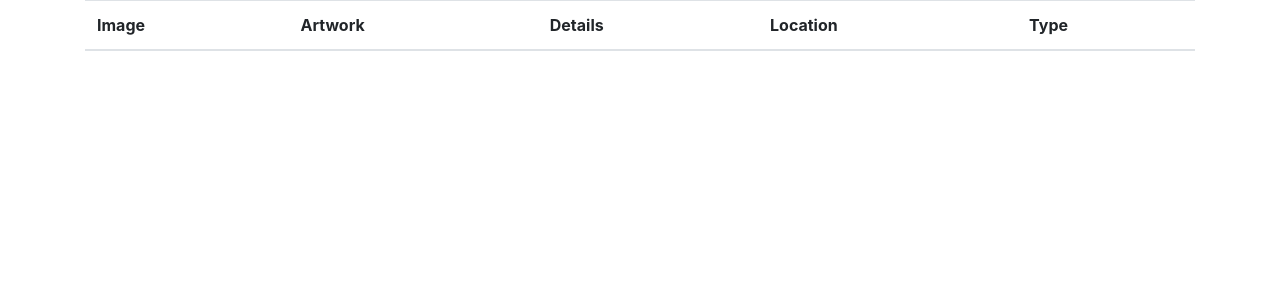
Repository: lynette-lyf/artwork-inventory
Page: http://localhost/
The author's editor kept a record of every edit. The page is drawn from the files as they stood at one moment, then again after the next edit.
The browser window is 1280 px wide. The pictures show the whole page.
The page is served by the project's application, run on Flask 3 (app.py). Queries for data that is not in the repository find no rows.

Above is the page before.

### templates/index.template.html
<!doctype html>
<html lang="en">
  <head>
    <!-- Required meta tags -->
    <meta charset="utf-8">
    <meta name="viewport" content="width=device-width, initial-scale=1, shrink-to-fit=no">

    <!-- Bootstrap CSS -->
    <link rel="stylesheet" href="https://stackpath.bootstrapcdn.com/bootstrap/4.3.1/css/bootstrap.min.css" integrity="sha384-ggOyR0iXCbMQv3Xipma34MD+dH/1fQ784/j6cY/iJTQUOhcWr7x9JvoRxT2MZw1T" crossorigin="anonymous">

    <title>Hello, world!</title>
  </head>
  <body>
    <div class='container'>
        <table class='table'>
            <thead>
                <tr>
                    <th>
                        Image
                    </th>
                    <th>
                        Artwork
                    </th>
                    <th>
                        Details
                    </th>
                    <th>
                        Location
                    </th>
                    <th>
                        Type
                    </th>
                </tr>
            </thead>
            {%for each_result in results%}
            <tr>
                <td>
                    Add img later
                </td>
                <td>
                    {{ each_result['title'] }} <br>
                    {{ each_result['artist'] }} <br>
                    {{ each_result['description'] }}
                </td>
                <td>
                    {{ each_result['year'] }} <br>
                    {{ each_result['dimensions'] }} <br>
                    {{ each_result['medium'] }} <br>
                    {{ each_result['type'] }}
                </td>
                <td>
                    {{ each_result['type'] }}
                </td>
            </tr>
             {%endfor%}
        </table>
    </div>

    <!-- Optional JavaScript -->
    <!-- jQuery first, then Popper.js, then Bootstrap JS -->
    <script src="https://code.jquery.com/jquery-3.3.1.slim.min.js" integrity="sha384-q8i/X+965DzO0rT7abK41JStQIAqVgRVzpbzo5smXKp4YfRvH+8abtTE1Pi6jizo" crossorigin="anonymous"></script>
    <script src="https://cdnjs.cloudflare.com/ajax/libs/popper.js/1.14.7/umd/popper.min.js" integrity="sha384-UO2eT0CpHqdSJQ6hJty5KVphtPhzWj9WO1clHTMGa3JDZwrnQq4sF86dIHNDz0W1" crossorigin="anonymous"></script>
    <script src="https://stackpath.bootstrapcdn.com/bootstrap/4.3.1/js/bootstrap.min.js" integrity="sha384-JjSmVgyd0p3pXB1rRibZUAYoIIy6OrQ6VrjIEaFf/nJGzIxFDsf4x0xIM+B07jRM" crossorigin="anonymous"></script>
  </body>
</html>

### app.py
from flask import Flask, render_template, request, redirect, url_for
import os

import pymongo

# 1. Retrieve the environment variables
# MONGO_URI = os.getenv('MONGO_URI')
# DATABASE_NAME = 'artworksAndConsigners'

MONGO_URI = "mongodb+srv://admin:pw@gallery-cwjwv.mongodb.net/test?retryWrites=true&w=majority"
DATABASE_NAME = "artworksAndConsigners"
conn = pymongo.MongoClient(MONGO_URI)

# 2. Create the connection
def get_connection():
    conn = pymongo.MongoClient(MONGO_URI)
    return conn

app = Flask(__name__)

@app.route('/')
def index():
    artworksAndConsigners = conn[DATABASE_NAME]['artworksAndConsigners'].find()
    return render_template('index.template.html', results=artworksAndConsigners)






# "magic code" -- boilerplate
if __name__ == '__main__':
    app.run(host=os.environ.get('IP'),
    port=int(os.environ.get('PORT')),
    debug=True)

After the next edit:
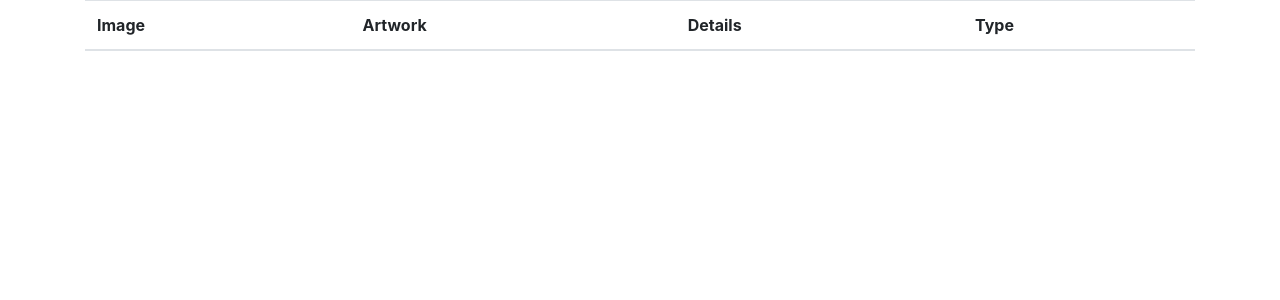
The edit:
--- a/templates/index.template.html
+++ b/templates/index.template.html
@@ -23,9 +23,6 @@
                     </th>
                     <th>
                         Details
-                    </th>
-                    <th>
-                        Location
                     </th>
                     <th>
                         Type
